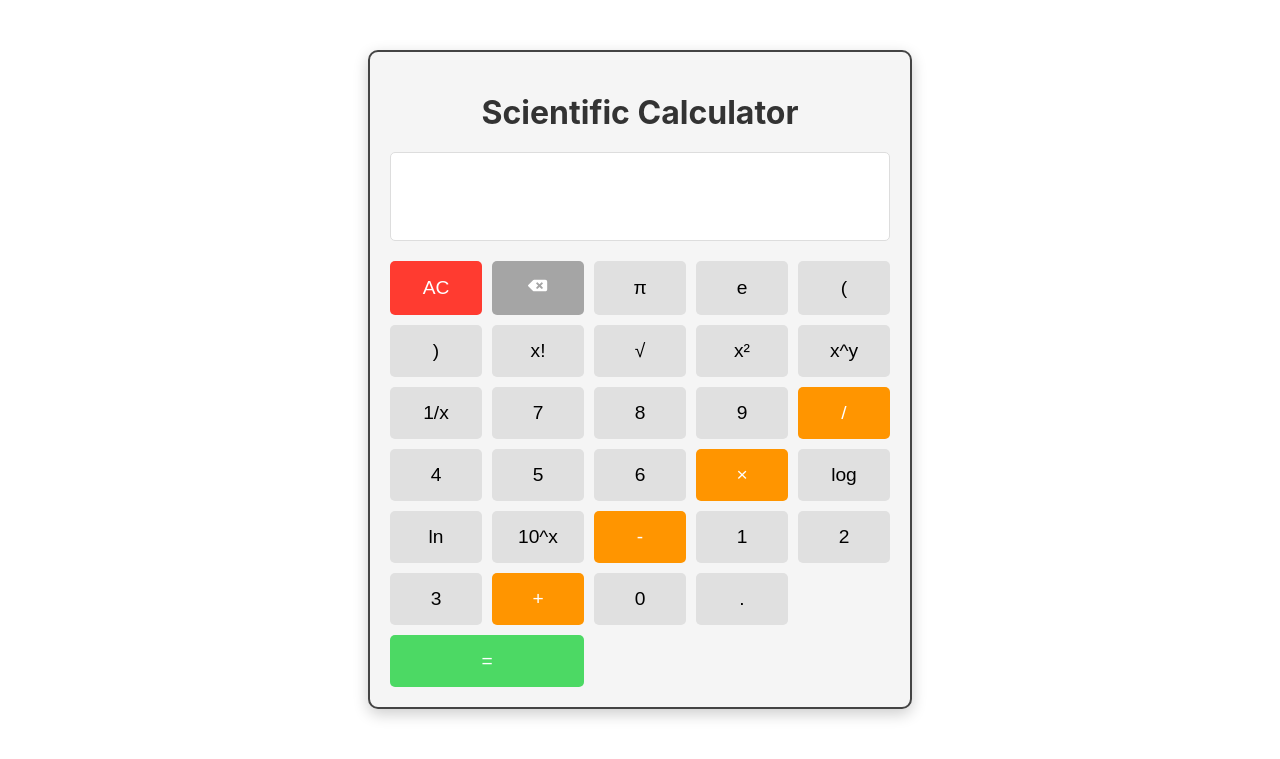
Repository: thesaherriaz/Calculator-React
Page: /
These files come from the project's save history. The page is drawn as it stood at one moment and after the next save; the edit follows.
The browser window is 1280 px wide. The pictures show the whole page.
The project was rebuilt for these pictures with package versions that can differ from the ones it lists, and the page was loaded fresh each time.

Above is the page before, as saved 2025-06-20 12:39:14.

After the next save:
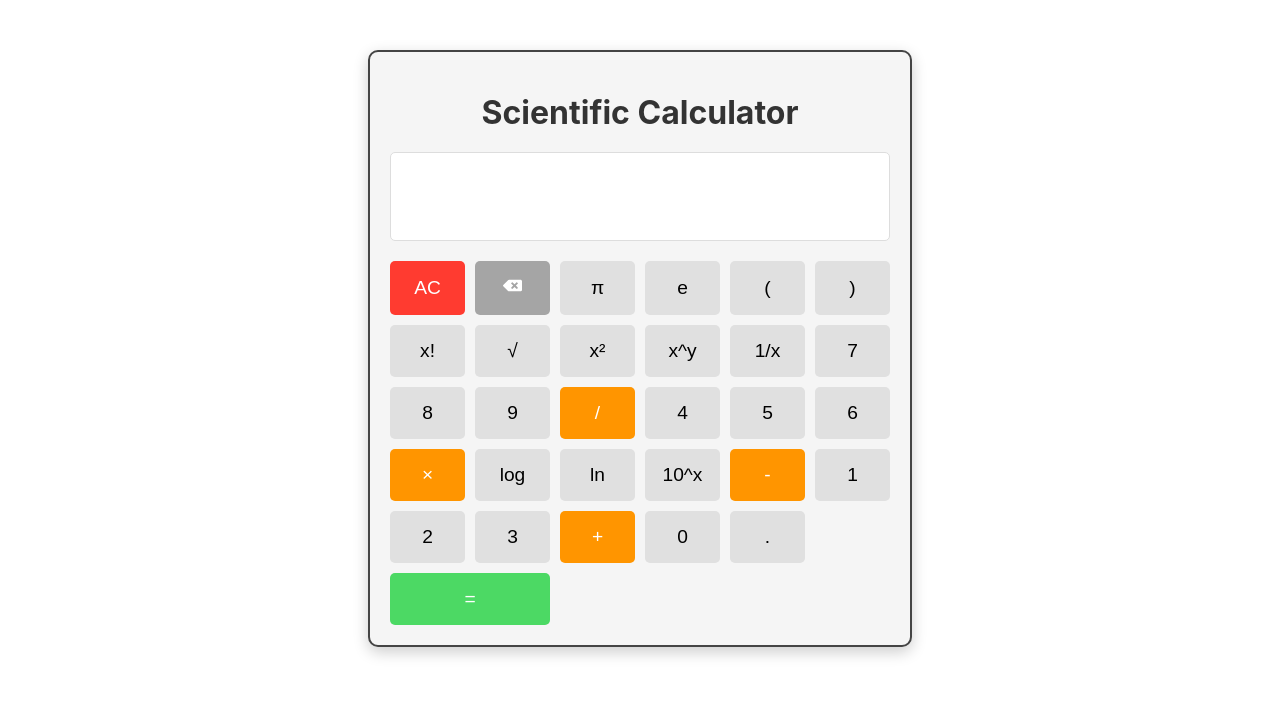
Saved 5 s later.
--- a/src/compnents/Calculator.css
+++ b/src/compnents/Calculator.css
@@ -39,7 +39,7 @@
 
 .buttons {
     display: grid;
-    grid-template-columns: repeat(5, 1fr);
+    grid-template-columns: repeat(6, 1fr);
     grid-gap: 10px;
 }
 
